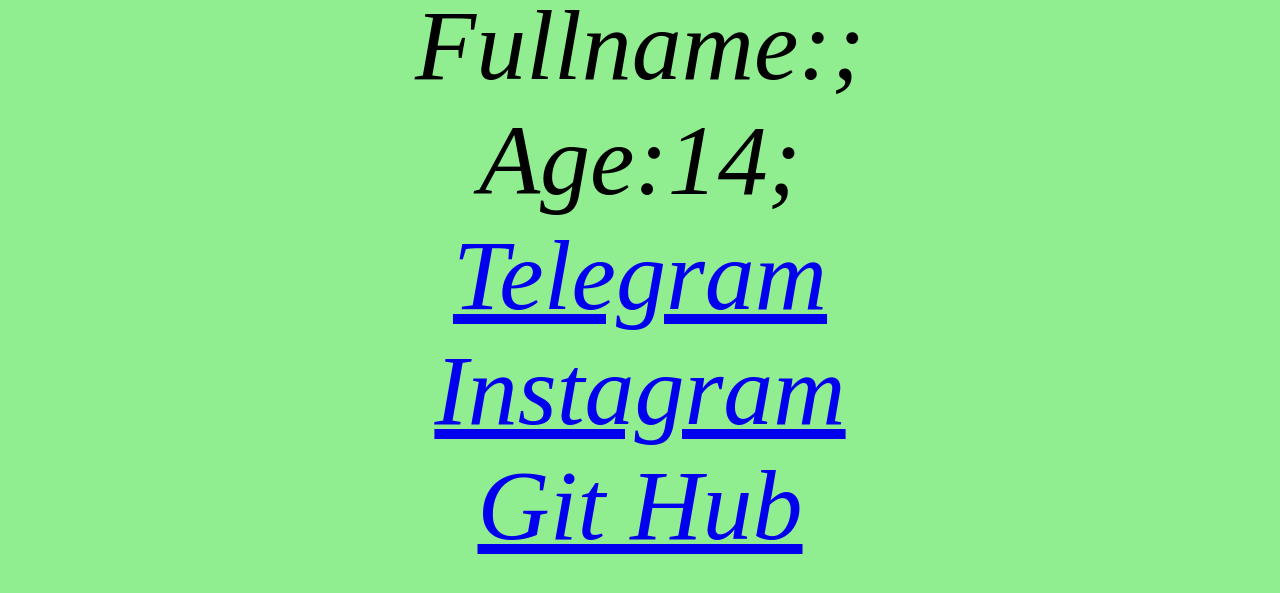
Repository: KHANas02/JS_first-lesson
Page: portfolio.html
The author's editor kept a copy of each file at every save. The page is drawn from the files as they stood at one save, then again after the next save.
The browser window is 1280 px wide. The pictures show the whole page.

Above is the page before, as saved 2024-03-23 09:50:01.

After the next save:
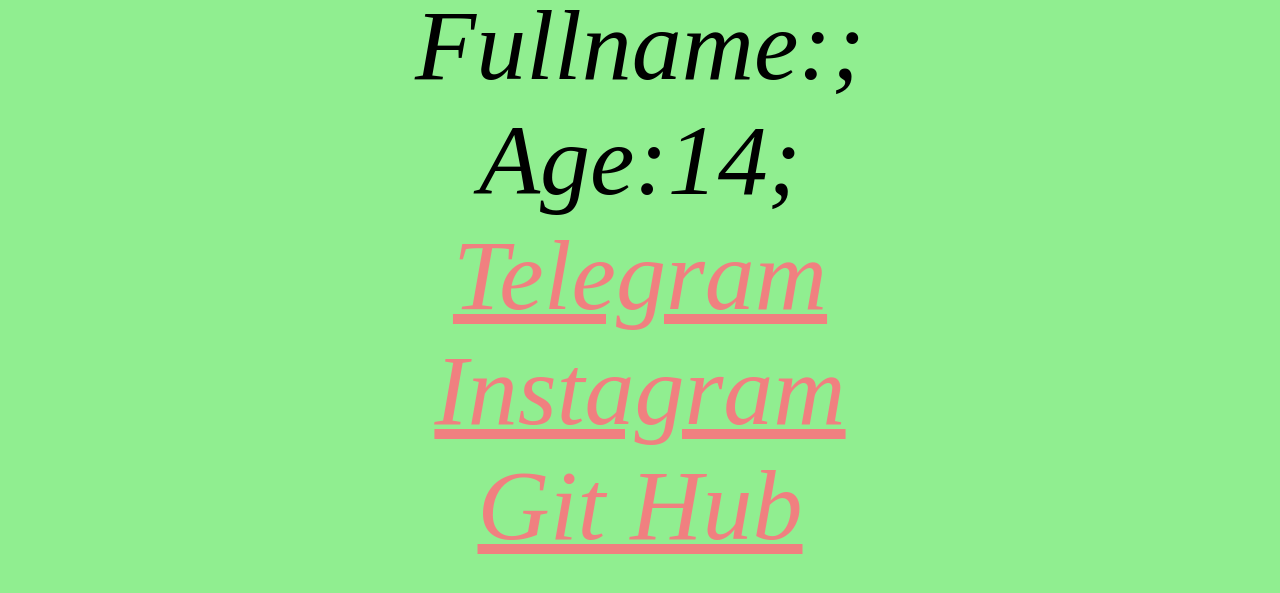
Saved 4 s later.
--- a/portfolio.html
+++ b/portfolio.html
@@ -23,7 +23,7 @@
         font-weight: 100px;
       }
       a {
-        color: lig;
+        color: lightcoral;
         font-size: 100px;
         font-weight: 100px;
       }
